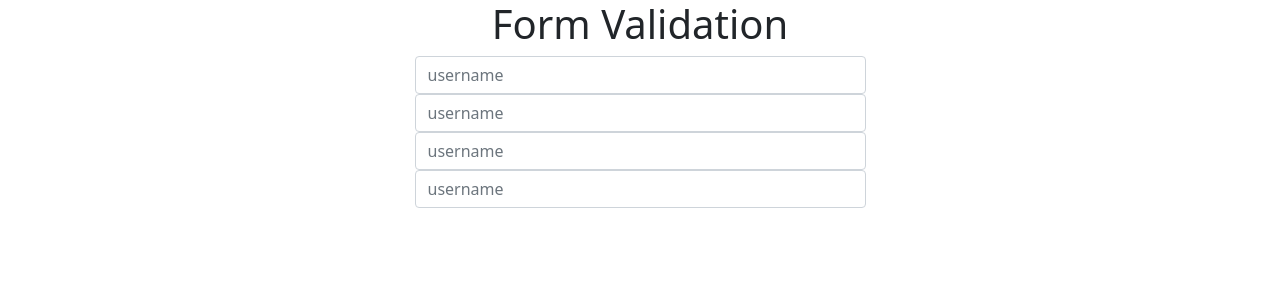
Repository: harryninja/14JsReact
Page: FormValidJS/index.html
An editor plug-in stored every save of this project. The page is shown before and after the next save, followed by the edit.
The browser window is 1280 px wide. The pictures show the whole page.

Above is the page before, as saved 2022-03-09 00:46:18.

### FormValidJS/index.html
<!DOCTYPE html>
<html lang="en">

<head>
    <meta charset="UTF-8">
    <meta http-equiv="X-UA-Compatible" content="IE=edge">
    <meta name="viewport" content="width=device-width, initial-scale=1.0">
    <title>FormValidatorJS</title>
    <!-- JavaScript Bundle with Popper -->
    <script src="https://cdn.jsdelivr.net/npm/bootstrap@5.1.3/dist/js/bootstrap.bundle.min.js"
        integrity="sha384-ka7Sk0Gln4gmtz2MlQnikT1wXgYsOg+OMhuP+IlRH9sENBO0LRn5q+8nbTov4+1p" crossorigin="anonymous">
    </script>
    <!-- CSS only -->
    <link href="https://cdn.jsdelivr.net/npm/bootstrap@5.1.3/dist/css/bootstrap.min.css" rel="stylesheet"
        integrity="sha384-1BmE4kWBq78iYhFldvKuhfTAU6auU8tT94WrHftjDbrCEXSU1oBoqyl2QvZ6jIW3" crossorigin="anonymous">
</head>

<body>
    <div class="container">
        <div class="row justify-content-center">
            <div class="col-md-5 text-center">
                <h1>Form Validation</h1>
                <input type="text" id="username" class="form-control" placeholder="username">
                <small id="username_error"></small>

                <input type="text" id="username" class="form-control" placeholder="username">
                <small id="username_error"></small>

                <input type="text" id="username" class="form-control" placeholder="username">
                <small id="username_error"></small>

                <input type="text" id="username" class="form-control" placeholder="username">
                <small id="username_error"></small>
            </div>
        </div>
    </div>
</body>

</html>

After the next save:
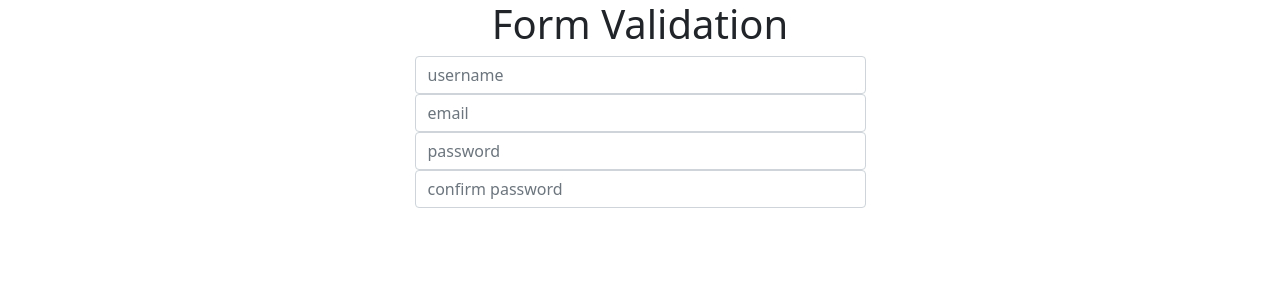
Saved 74 s later.
--- a/FormValidJS/index.html
+++ b/FormValidJS/index.html
@@ -23,14 +23,14 @@
                 <input type="text" id="username" class="form-control" placeholder="username">
                 <small id="username_error"></small>
 
-                <input type="text" id="username" class="form-control" placeholder="username">
-                <small id="username_error"></small>
+                <input type="text" id="email" class="form-control" placeholder="email">
+                <small id="email_error"></small>
 
-                <input type="text" id="username" class="form-control" placeholder="username">
-                <small id="username_error"></small>
+                <input type="text" id="password" class="form-control" placeholder="password">
+                <small id="password_error"></small>
 
-                <input type="text" id="username" class="form-control" placeholder="username">
-                <small id="username_error"></small>
+                <input type="text" id="cpassword" class="form-control" placeholder="confirm password">
+                <small id="cpassword_error"></small>
             </div>
         </div>
     </div>
